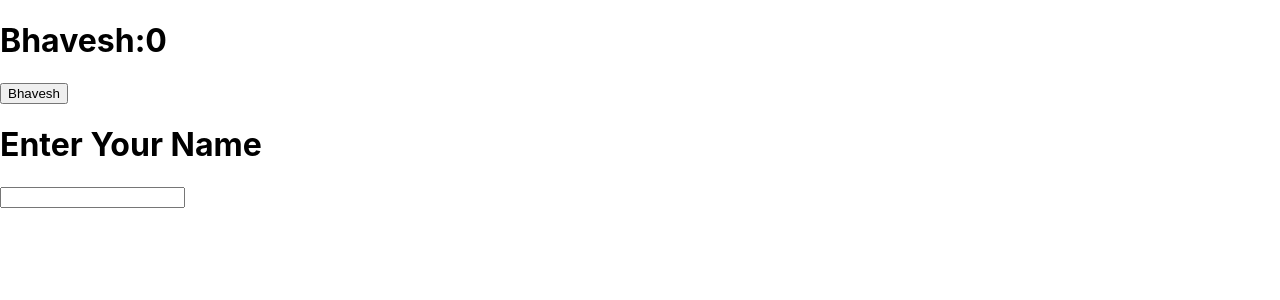
Repository: bhaveshtrades/reactpractice
Page: / (app in reactpractice/)
The author's editor kept a copy of each file at every save. The page is drawn from the files as they stood at one save, then again after the next save.
The browser window is 1280 px wide. The pictures show the whole page.
The project was rebuilt for these pictures with package versions that can differ from the ones it lists, and the page was loaded fresh each time. Also part of the build but not shown: reactpractice/src/App.css.

Above is the page before, as saved 2022-08-22 00:56:28.

After the next save:
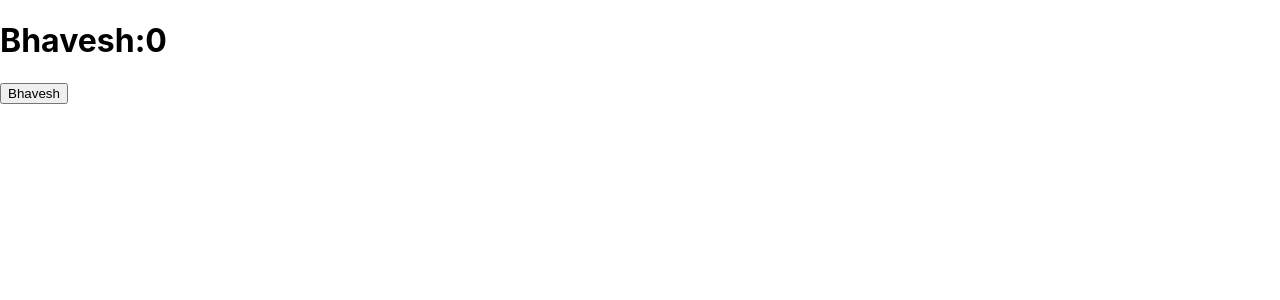
Saved 82 s later.
--- a/reactpractice/src/App.js
+++ b/reactpractice/src/App.js
@@ -5,8 +5,7 @@ import FirstButton from './components/FirstButton';
 function App() {
   return (
     <>
-      <FirstButton></FirstButton>
-      <Entername/>
+      <FirstButton/>
     </>
   );
 }
